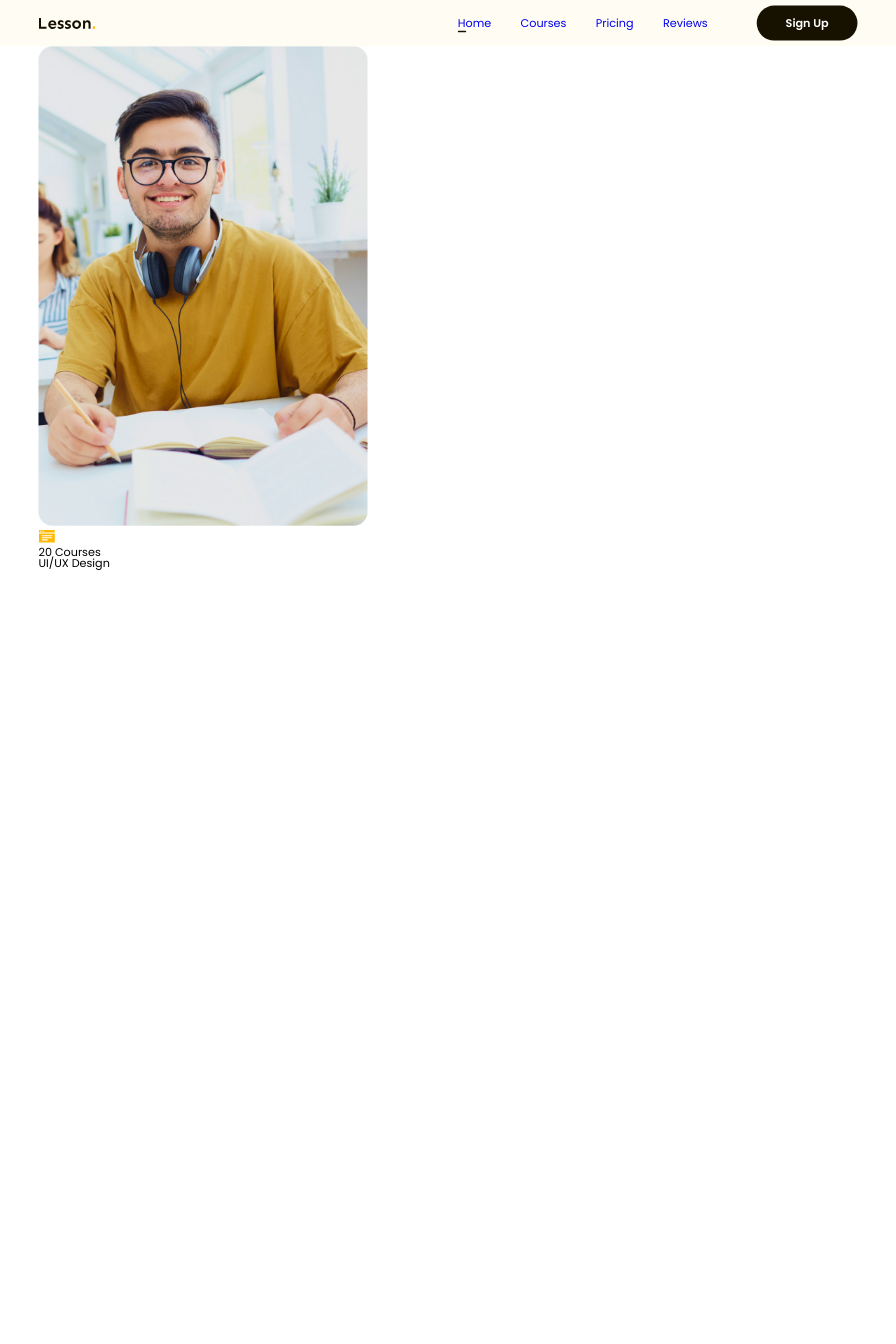
Repository: empty24062002/f8-htmlcss-02-pratice
Page: index.html
These files come from the project's save history. The page is drawn as it stood at one moment and after the next save; the edit follows.
The browser window is 1280 px wide. The pictures show the part of the page from y = 0 to 1920 px (the page is 5066 px tall), at 70% of full size.

Above is the page before, as saved 2023-07-18 12:35:32.

After the next save:
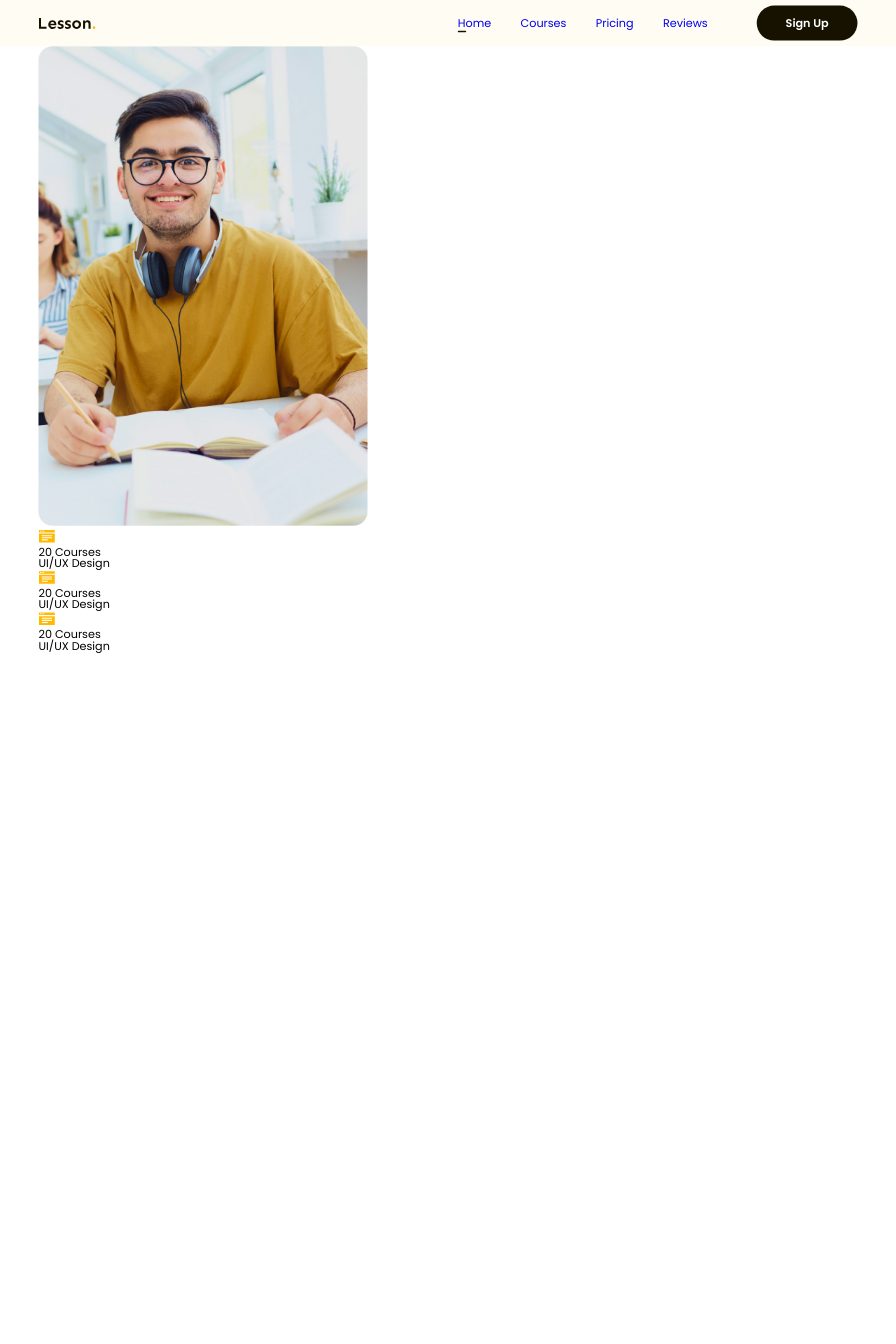
Saved 33 s later.
--- a/index.html
+++ b/index.html
@@ -61,6 +61,33 @@
                                 class="img"
                             />
                             <div class="hero-summary">
+                                <!-- Item 1 -->
+                                <div class="item">
+                                    <div class="icon">
+                                        <img
+                                            src="./assets/icons/icon1.svg"
+                                            alt=""
+                                        />
+                                    </div>
+                                    <div class="info">
+                                        <p class="lable">20 Courses</p>
+                                        <p class="title">UI/UX Design</p>
+                                    </div>
+                                </div>
+                                <!-- Item 2 -->
+                                <div class="item">
+                                    <div class="icon">
+                                        <img
+                                            src="./assets/icons/icon1.svg"
+                                            alt=""
+                                        />
+                                    </div>
+                                    <div class="info">
+                                        <p class="lable">20 Courses</p>
+                                        <p class="title">UI/UX Design</p>
+                                    </div>
+                                </div>
+                                <!-- Item 3 -->
                                 <div class="item">
                                     <div class="icon">
                                         <img
